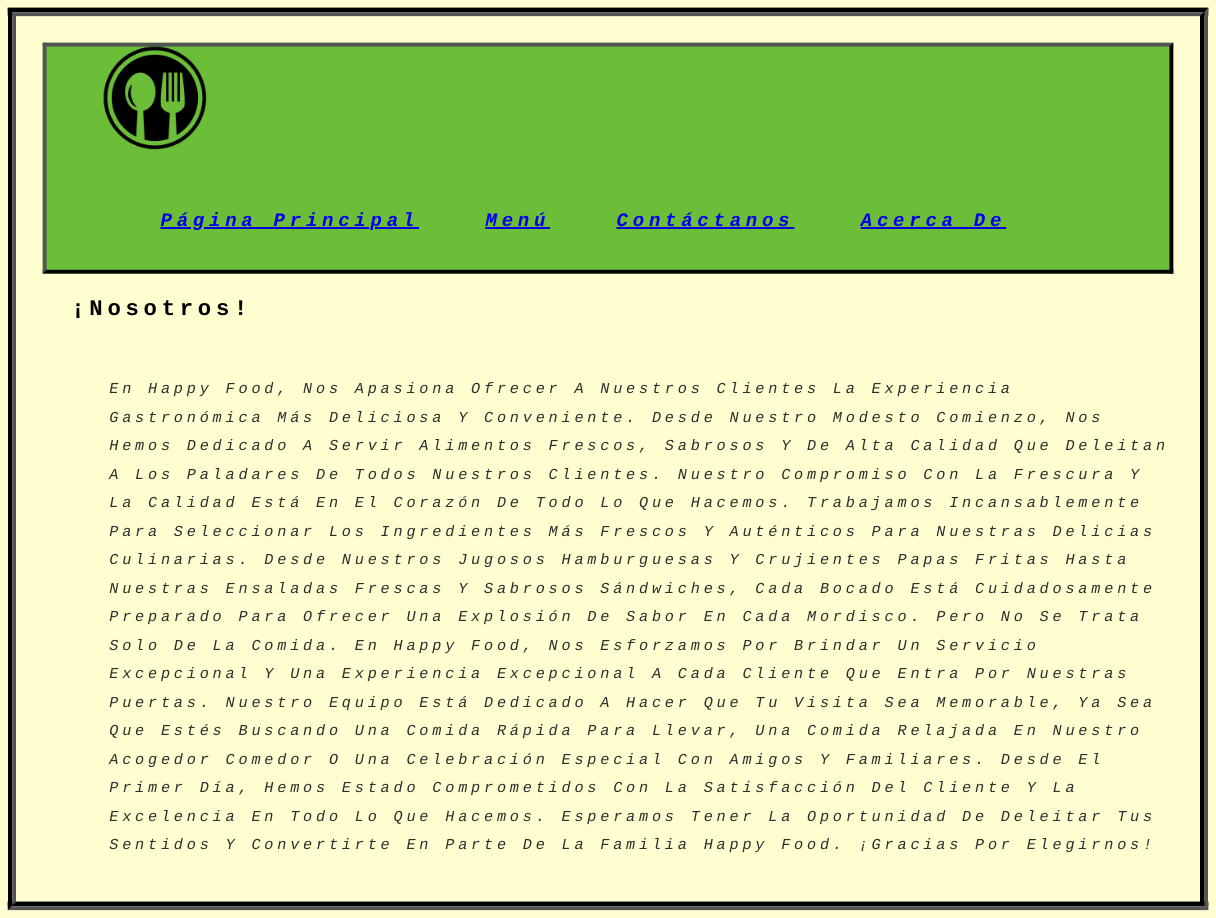
Repository: UVMCoyoacan/eq06_sitio1
Page: Carpeta docs/acercade.html
These files come from the project's save history. The page is drawn as it stood at one moment and after the next save; the edit follows.
The browser window is 1280 px wide. The pictures show the whole page, at 95% of full size.

Above is the page before, as saved 2024-03-08 10:45:47.

After the next save:
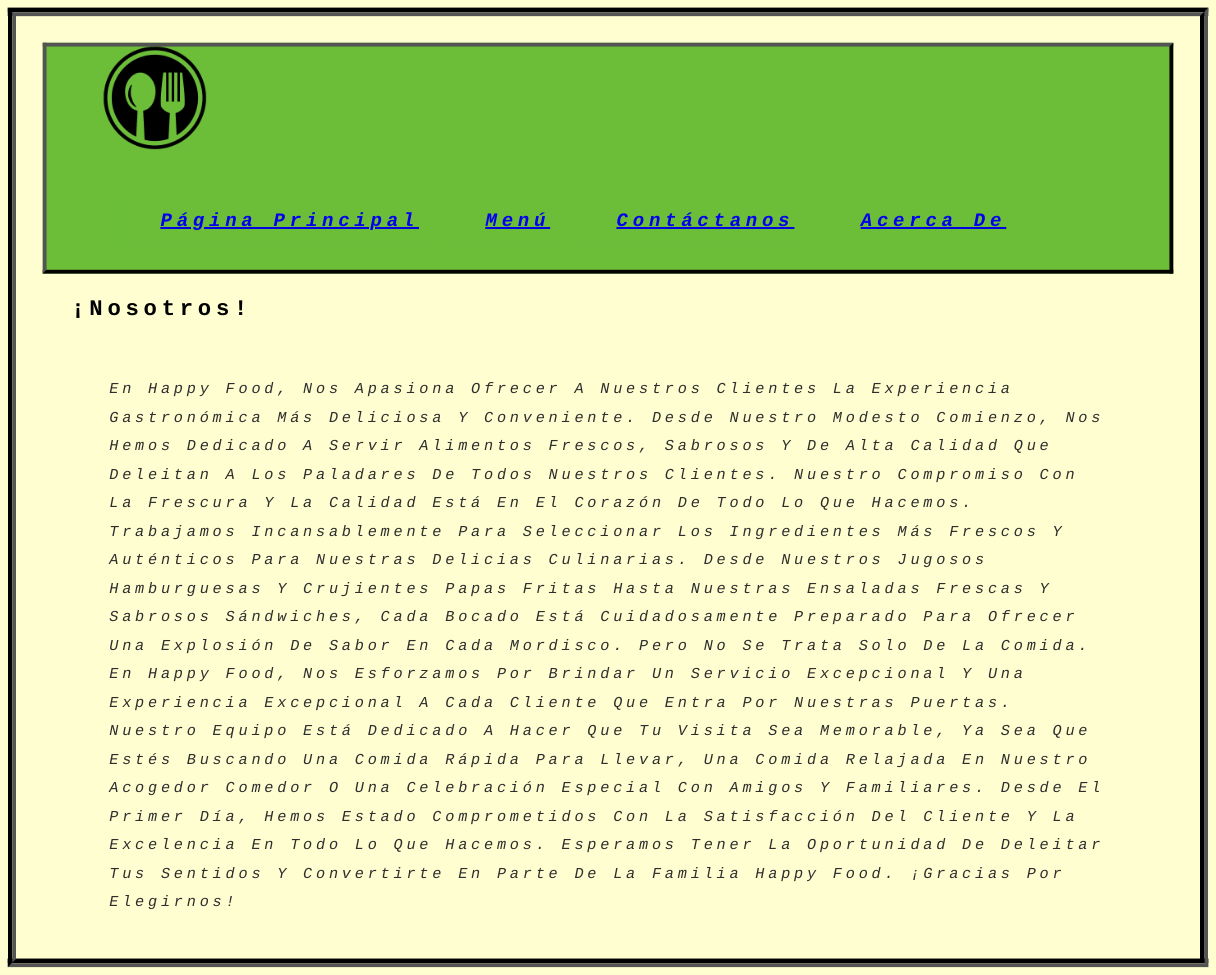
Saved 19 s later.
--- a/Carpeta estilos/estilo1.css
+++ b/Carpeta estilos/estilo1.css
@@ -140,4 +140,6 @@ p{
       text-indent: 20px;
       color: #2e2e2e;
       padding-left: 70px;
+      padding-right: 70px;
+
     }
